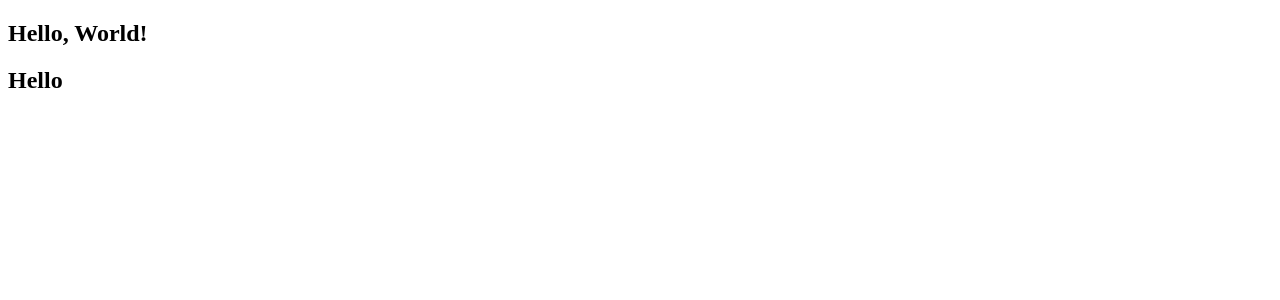
Repository: dashuizun/myProject
Page: Vue/VueZong/cs3.html
These files come from the project's save history. The page is drawn as it stood at one moment and after a run of saves; the edit follows.
The browser window is 1280 px wide. The pictures show the whole page.

Above is the page before, as saved 2020-11-06 10:25:22.

### Vue/VueZong/cs3.html
<!DOCTYPE html>
<html lang="en">

<head>
  <meta charset="UTF-8">
  <meta name="viewport" content="width=device-width, initial-scale=1.0">
  <title>Document</title>
</head>

<body>
  <div id="app">
    <h2>{{message}}, World!</h2>
    <h2 v-text="message">, World!</h2>
  </div>
  <script src="https://cdn.jsdelivr.net/npm/vue/dist/vue.js"></script>
  <script>
    const app = new Vue({
      el: '#app',
      data: {
        message: 'Hello'
      }
    })
  </script>
</body>

</html>

Loaded but not shown: Vue/VueZong/js/vue.js (library)

After the next 2 saves:
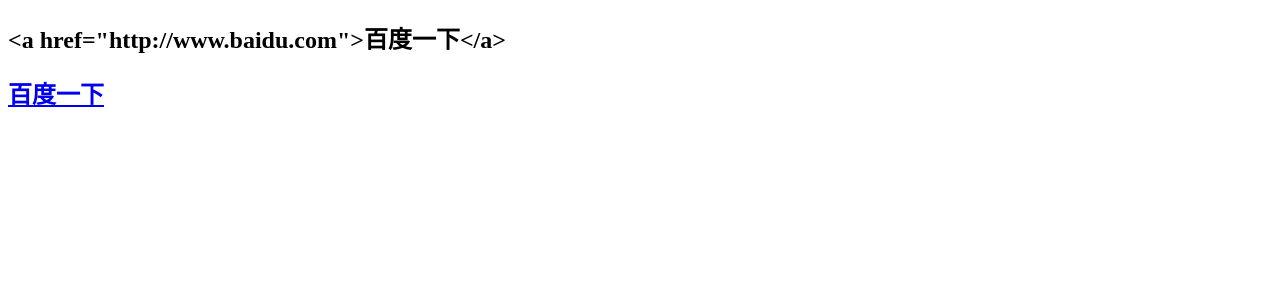
The 2 saves are shown as one change because they came seconds apart.
The last was saved 6 min 6 s later.
--- a/Vue/VueZong/cs3.html
+++ b/Vue/VueZong/cs3.html
@@ -9,18 +9,20 @@
 
 <body>
   <div id="app">
-    <h2>{{message}}, World!</h2>
-    <h2 v-text="message">, World!</h2>
+    <h2>{{url}}</h2>
+    <h2 v-html="url"></h2>
   </div>
-  <script src="https://cdn.jsdelivr.net/npm/vue/dist/vue.js"></script>
+  <script src="../js/vue.js"></script>
   <script>
     const app = new Vue({
       el: '#app',
       data: {
-        message: 'Hello'
+        message: '你好啊',
+        url: '<a href="http://www.baidu.com">百度一下</a>'
       }
     })
   </script>
+
 </body>
 
 </html>
